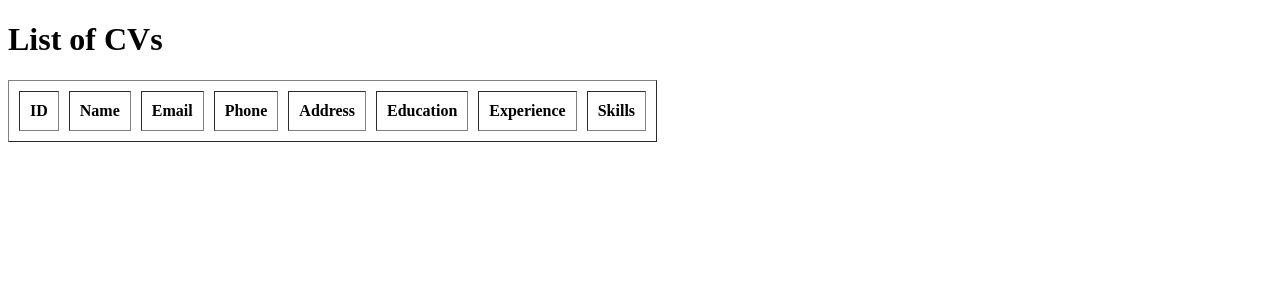
Repository: Arisha004/CV-generator
Page: http://localhost/list.php
An editor plug-in stored every save of this project. The page is shown before and after the next save, followed by the edit.
The browser window is 1280 px wide. The pictures show the whole page.
The page is run by PHP 8.4 with error messages shown; the project is at /var/www/html/. Queries for data that is not in the repository find no rows.

Above is the page before, as saved 2025-10-14 00:52:03.

After the next save:
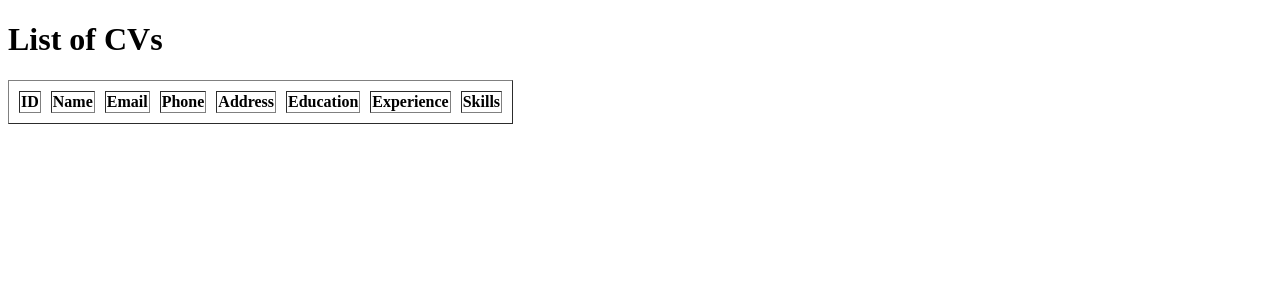
Saved 21 s later.
--- a/list.php
+++ b/list.php
@@ -15,7 +15,7 @@
 <body>
     <h1>List of CVs</h1>
     <?php
-echo "<table border='1' ; cellspacing='10'; cellpadding='10'>
+echo "<table border='1' ; cellspacing='10'; cellpadding='1'>
     <tr>
     <th>ID</th>
     <th>Name</th>

After the 2 saves that followed:
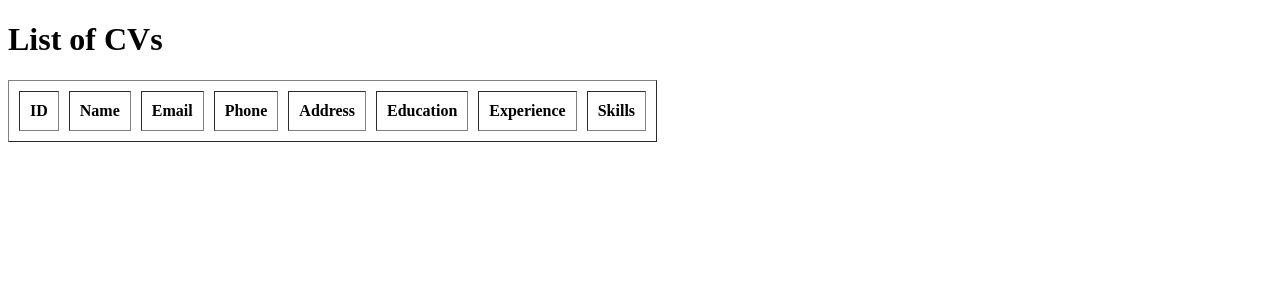
The 2 saves are shown as one change because they came seconds apart.
The last was saved 9 s later.
--- a/list.php
+++ b/list.php
@@ -15,7 +15,7 @@
 <body>
     <h1>List of CVs</h1>
     <?php
-echo "<table border='1' ; cellspacing='10'; cellpadding='1'>
+echo "<table border='1' ; cellspacing='10'; cellpadding='10'>
     <tr>
     <th>ID</th>
     <th>Name</th>
